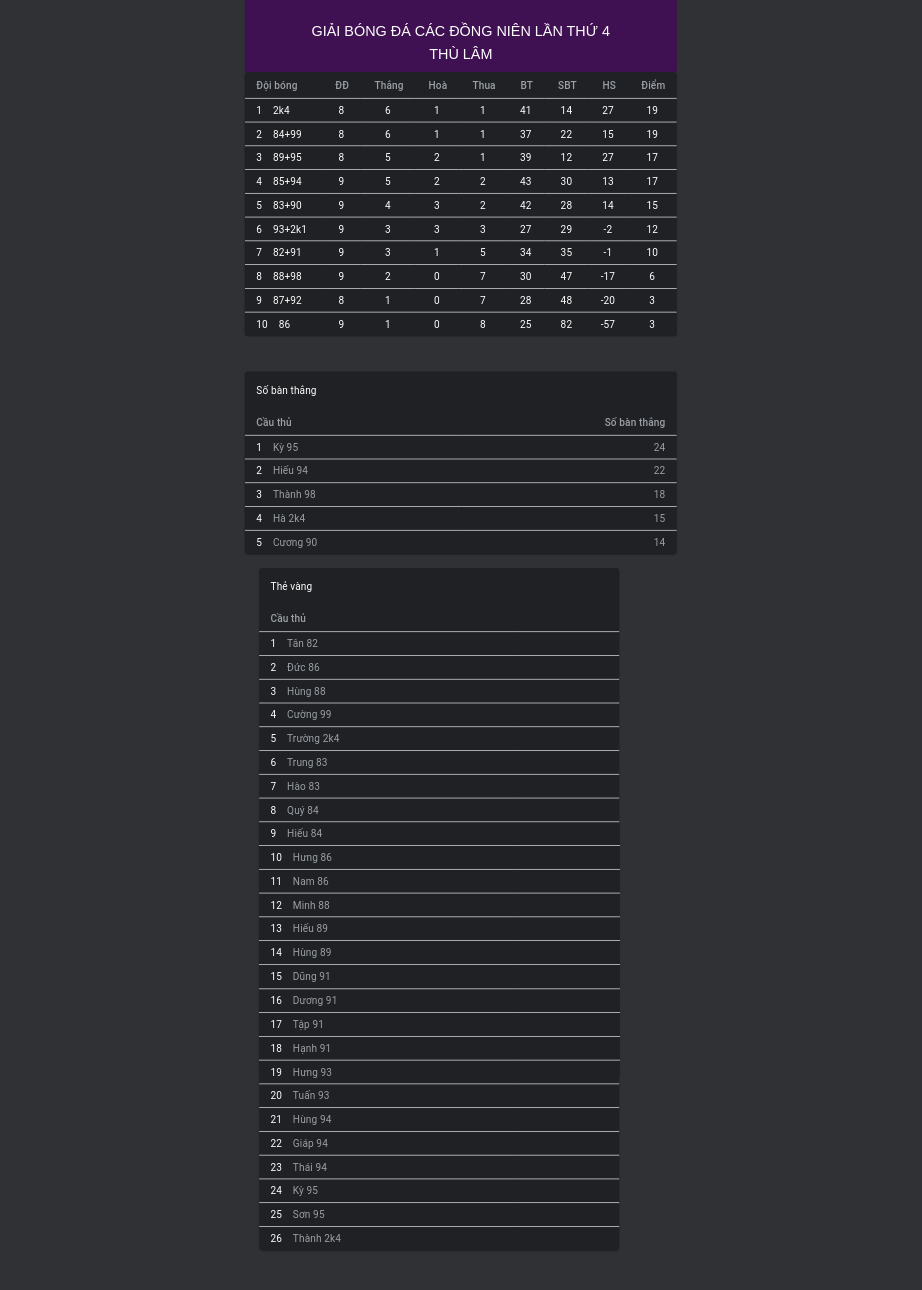
Repository: tuan842001/thulam
Page: /
An editor plug-in stored every save of this project. The page is shown before and after the next save, followed by the edit.
The browser window is 1280 px wide. The pictures show the whole page, at 72% of full size.
The project was rebuilt for these pictures with package versions that can differ from the ones it lists, and the page was loaded fresh each time.

Above is the page before, as saved 2022-01-11 15:54:11.

After the next save:
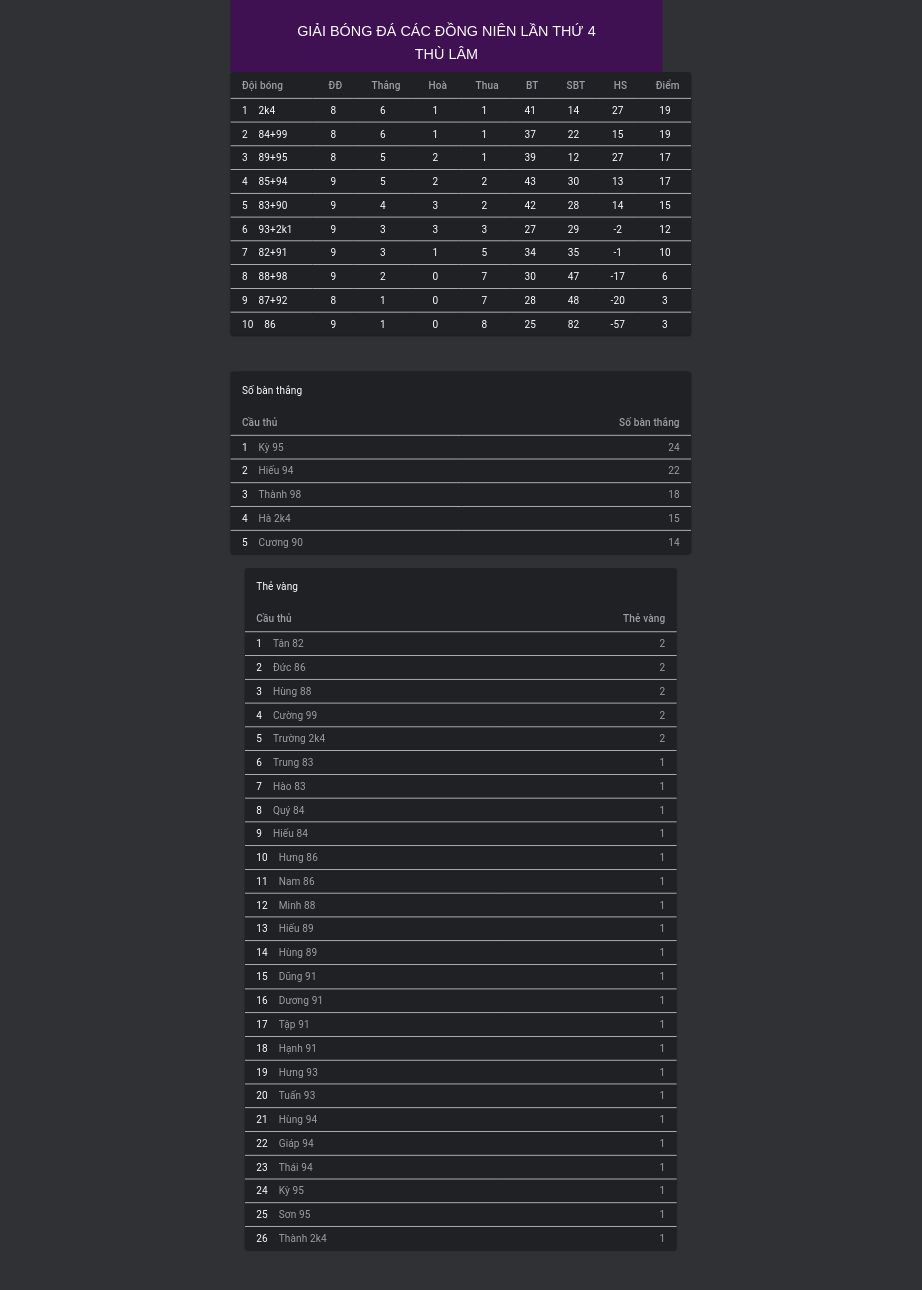
Saved 4 s later.
--- a/src/pages/card/Card.jsx
+++ b/src/pages/card/Card.jsx
@@ -52,7 +52,7 @@
         backgroundColor: "#202124",
         color: "#FFFF",
         margin: "20px",
-        width: "500px",
+        width: "600px",
       }}
     >
       <TableCell style={{ color: "#FFFF", borderBottom: "none" }} align="right">

After the save that followed:
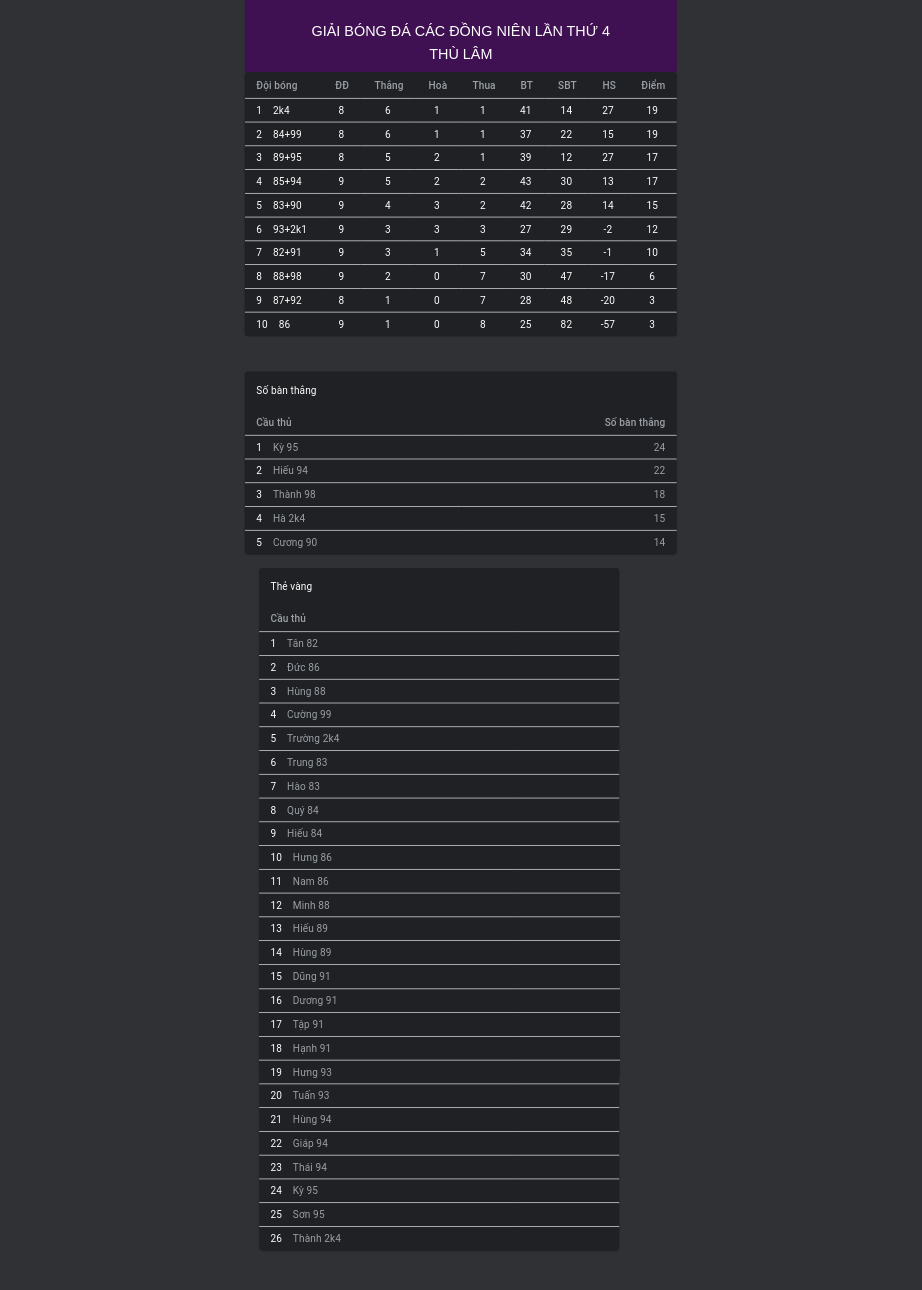
Saved 6 s later.
--- a/src/pages/card/Card.jsx
+++ b/src/pages/card/Card.jsx
@@ -52,7 +52,7 @@
         backgroundColor: "#202124",
         color: "#FFFF",
         margin: "20px",
-        width: "600px",
+        width: "500px",
       }}
     >
       <TableCell style={{ color: "#FFFF", borderBottom: "none" }} align="right">
